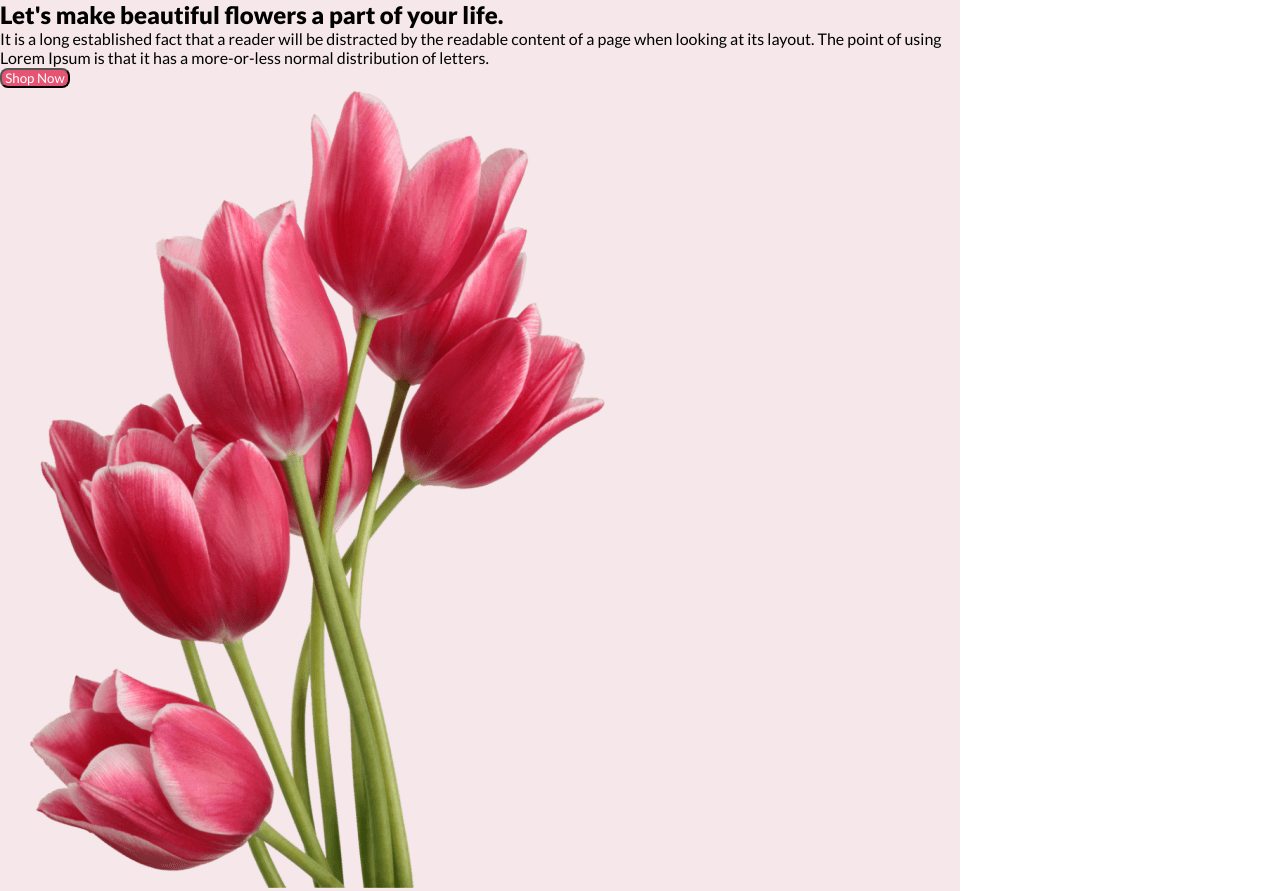
Repository: sumonkumarsarkar/flower-shop
Page: index.html
An editor plug-in stored every save of this project. The page is shown before and after the next save, followed by the edit.
The browser window is 1280 px wide. The pictures show the whole page.

Above is the page before, as saved 2024-01-07 09:25:32.

### index.html
<!DOCTYPE html>
<html lang="en">
  <head>
    <meta charset="UTF-8" />
    <meta name="viewport" content="width=device-width, initial-scale=1.0" />
    <title>Flower Shop</title>
    <link rel="stylesheet" href="../flower-shop/css/style.css" />
    <link rel="preconnect" href="https://fonts.googleapis.com" />
    <link rel="preconnect" href="https://fonts.gstatic.com" crossorigin />
    <link
      href="https://fonts.googleapis.com/css2?family=Lato:wght@300;400;900&display=swap"
      rel="stylesheet"
    />
  </head>
  <body>
    <header>
      <div class="container">
        <div class="header-container">
          <!-- h2, p and button part start   -->
          <div class="header-text">
            <h2>Let's make beautiful flowers a part of your life.</h2>
            <p>
              It is a long established fact that a reader will be distracted by
              the readable content of a page when looking at its layout. The
              point of using Lorem Ipsum is that it has a more-or-less normal
              distribution of letters.
            </p>
            <button type="button">Shop Now</button>
          </div>

          <!-- h2, p and button part start   -->

          <!-- header image part start  -->
          <div class="header-image">
            <img src="./image/pngwing 10.png" alt="" />
          </div>
          <!-- header image part start  -->
        </div>
      </div>
    </header>
  </body>
</html>

### css/style.css
*{
    margin: 0;
    padding: 0;
    font-family: 'Lato', sans-serif;

}

.container{
    width:75%;
    max-width: 1440px;
    background: rgba(161, 25, 54, 0.1);
}
.container.header-container{
    /* max-width:1080px; */
    display: flex;
}

button{
    width: 70px;
    height: 20px;
    color: white;
    border-radius: 8px;
    background: #E55473;
}

After the next save:
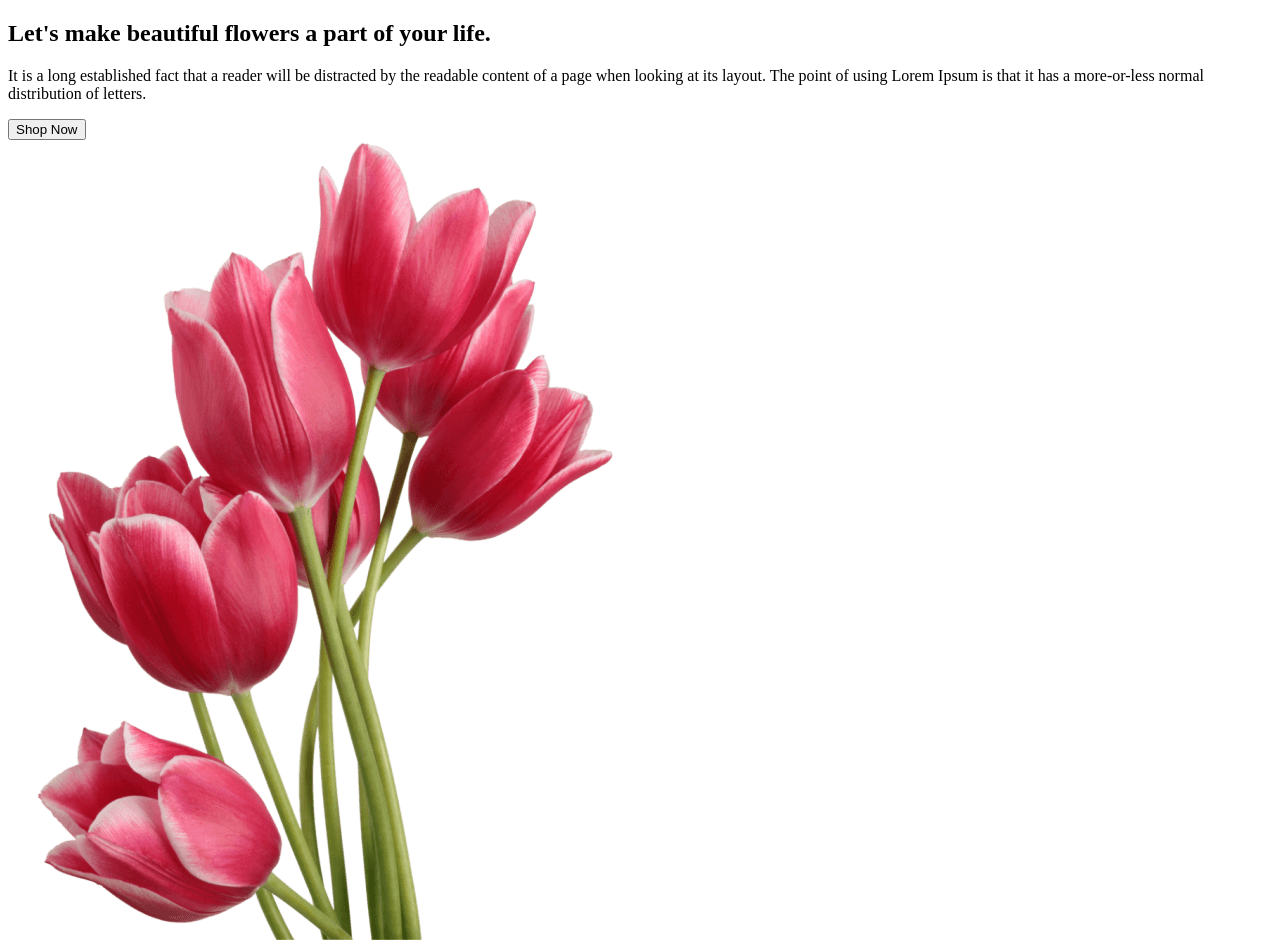
Saved 51 s later.
--- a/index.html
+++ b/index.html
@@ -4,7 +4,7 @@
     <meta charset="UTF-8" />
     <meta name="viewport" content="width=device-width, initial-scale=1.0" />
     <title>Flower Shop</title>
-    <link rel="stylesheet" href="../flower-shop/css/style.css" />
+    <link rel="stylesheet" href="./css/style.css/>
     <link rel="preconnect" href="https://fonts.googleapis.com" />
     <link rel="preconnect" href="https://fonts.gstatic.com" crossorigin />
     <link
